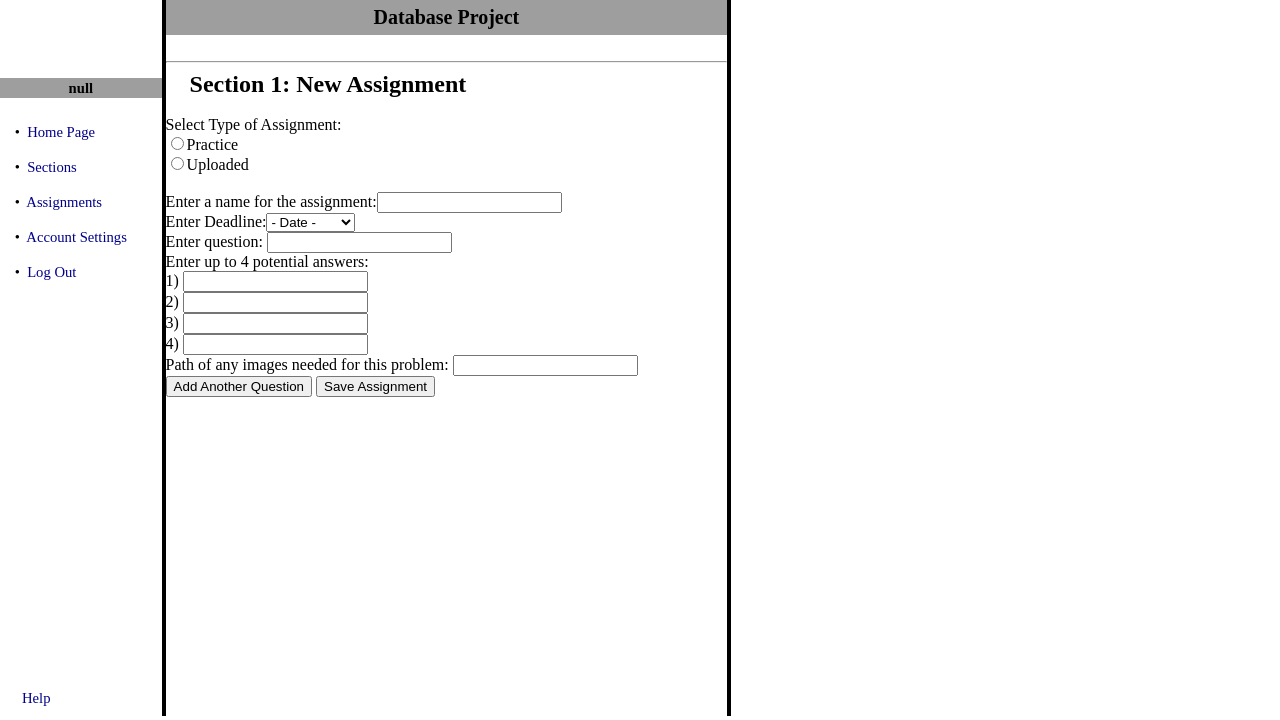
Repository: rimalp/dbproject
Page: http://localhost/AssignmentProject/new_assignment.jsp
The author's editor kept a copy of each file at every save. The page is drawn from the files as they stood at one save, then again after the next save.
The browser window is 1280 px wide. The pictures show the whole page.
Pictures or frames that could not be fetched are drawn as grey boxes. The page is served by Tomcat 9. Other server files are loaded and not shown.

Above is the page before, as saved 2012-11-29 16:05:54.

### jsp/AssignmentProject/WebContent/new_assignment.jsp

<!DOCTYPE HTML PUBLIC "-//W3C//DTD HTML 4.01 Transitional//EN">
<html>
<head>
<title>
Section 1
</title>
<style type="text/css">
<!--
.normalfont {font-size: 11pt; font-family: "Geneva, Arial, Helvetica, sans-serif";}
.bigfont {font-size: 14pt; font-family: "Geneva, Arial, Helvetica, sans-serif";}
.bigbigfont {font-size: 16pt; font-family: "Geneva, Arial, Helvetica, sans-serif";}
.darkbackgroundwithnormalfont {background-image: url(../gifs/brushed_metal_dkblue.jpg); font-size: 11pt; font-family: "Geneva, Arial, Helvetica, sans-serif"; color: black; }
.darkbackgroundwithhugefont {background-image: url(../gifs/brushed_metal_dkblue.jpg); font-size: 15pt; font-family: "Geneva, Arial, Helvetica, sans-serif"; color: black; }
.normalfontwithred {font-size: 11pt; font-family: "Geneva, Arial, Helvetica, sans-serif"; color: red;}
.centertable {text-align: center; vertical-align: middle;}
a {text-decoration: none;}
.headerfont {font-size: 18pt; font-family: "Geneva, Arial, Helvetica, sans-serif";}
button, button:focus, button:active {
    /* NOTE Remove all decorations */
    border: none;
    display: inline;
    margin: 0em;
    padding: 0em;
    outline: none;
    outline-offset: 0em;
    /* NOTE Look like a link */
    background: none;
    color: blue;
    cursor: pointer;
    font: inherit;
    text-decoration: none;
}
-->
</style>
</head>
<!-- bgcolor="aqua" -->
<body class="bodybackground" style="margin-top: 0; margin-left: 0; margin-bottom: 4px; margin-right: 4px">
<table border="0" cellpadding="0" cellspacing="0" width="875px" style="height: 100%">
<tr valign="top">
<td style="width: 190px;" class="marginbackground">




<%@ include file="professor_left_links.jsp" %>



</td>
<td style="width: 3px; background-color: black;">&nbsp;</td>
<td valign="top" class="lightbackgroundwithnormalfont" style="width: 686px;">
<CENTER><table border="0" cellspacing="0" cellpadding="0" width="100%" class="smallfont" style="color: black;">
<tr class="darkbackgroundwithhugefont" style="height: 35px">
<td colspan="3" valign="middle" align="center">
<b>
Database Project
</b>
</td>
</tr>
<tr style="height: 5px">
<td colspan="3">
&nbsp;
</td>
</tr>
</table></CENTER>
<hr/>

&nbsp;&nbsp;&nbsp;&nbsp;&nbsp;
<b class="headerfont">Section 1: New Assignment</b><br/><br/>

Select Type of Assignment:<br/>

<form>
<input type="radio" name="type" value="practice">Practice<br/>
<input type="radio" name="answer" value="uploaded">Uploaded<br/>
<br/>
Enter a name for the assignment:<input type="text"><br/>
Enter Deadline:<select name="DeadlineDate">
	<option> - Date - </option>
	<option value="11/25/2012">11/25/2012</option>
	<option value="11/26/2012">11/26/2012</option>
	<option value="11/27/2012">11/27/2012</option>
	<option value="11/28/2012">11/28/2012</option>
	<option value="11/29/2012">11/29/2012</option>
	<option value="11/30/2012">11/30/2012</option>
	<option value="12/01/2012">12/01/2012</option>
	<option value="12/02/2012">12/02/2012</option>
</select>
<br/>

Enter question: <input type="text"><br/>
Enter up to 4 potential answers:<br/>
1) <input type="text"><br/>
2) <input type="text"><br/>
3) <input type="text"><br/>
4) <input type="text"><br/>
Path of any images needed for this problem: <input type="text"><br/>

<input type="Submit" name="addQuestion" value="Add Another Question"> <input type="Submit" name="done" value="Save Assignment">


</form>

<table border="0" cellspacing="0" cellpadding="2" width="100%">
<tr style="height: 5px">
<td colspan="3">
&nbsp;
</td>
</tr>
</table>
</td>
<td style="width: 3px; background-color: black;">&nbsp;</td>
<td style="width: 190px" class="marginbackground">
&nbsp;
</td>
</tr>
</table>
</body>
</html>

Loaded but not shown: jsp/AssignmentProject/WebContent/professor_left_links.jsp (common file)

After the next save:
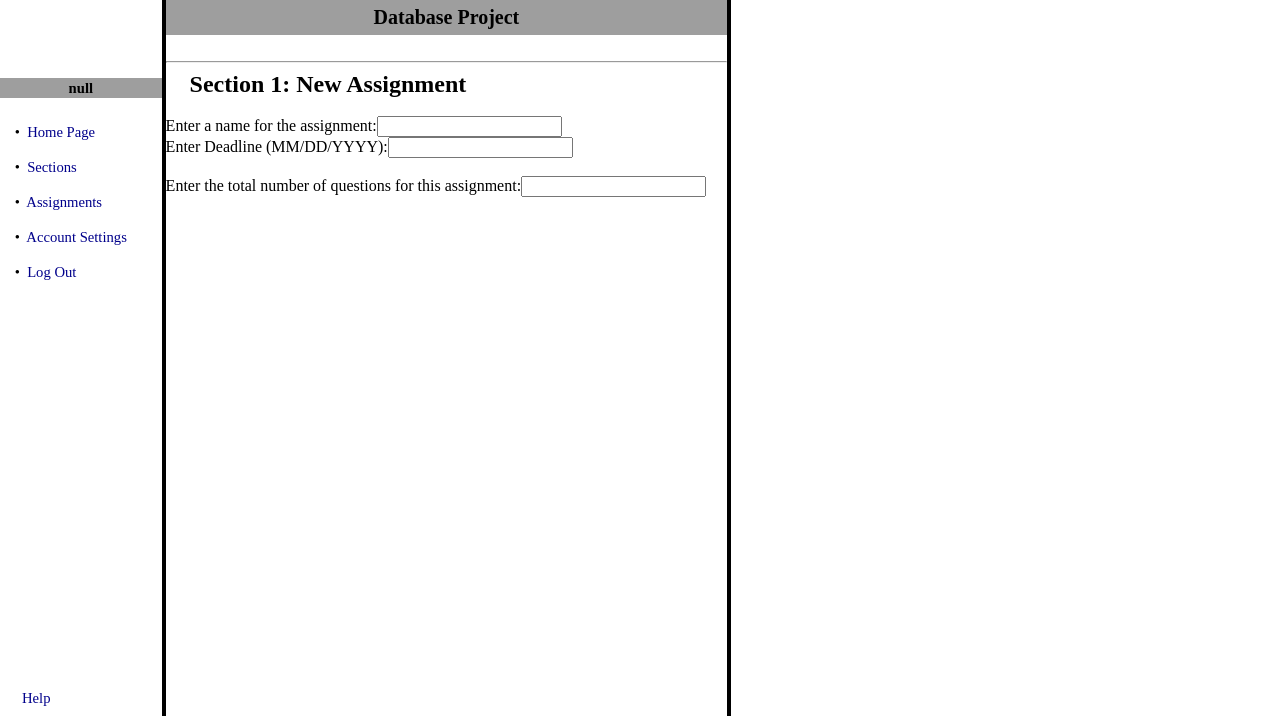
Saved 1 s later.
--- a/jsp/AssignmentProject/WebContent/new_assignment.jsp
+++ b/jsp/AssignmentProject/WebContent/new_assignment.jsp
@@ -66,29 +66,20 @@ Database Project
 </table></CENTER>
 <hr/>
 
+
+<!-- jsp here to get section name -->
+
+
 &nbsp;&nbsp;&nbsp;&nbsp;&nbsp;
 <b class="headerfont">Section 1: New Assignment</b><br/><br/>
 
-Select Type of Assignment:<br/>
+<form method="post" action="make_assignment_servlet?id=new">
+Enter a name for the assignment:<input type="text" name="name"><br/>
+Enter Deadline (MM/DD/YYYY):<input type="text" name="deadline"><br/>
+<br/>
+Enter the total number of questions for this assignment:<input type="text" name="numQuestions"><br/>
 
-<form>
-<input type="radio" name="type" value="practice">Practice<br/>
-<input type="radio" name="answer" value="uploaded">Uploaded<br/>
-<br/>
-Enter a name for the assignment:<input type="text"><br/>
-Enter Deadline:<select name="DeadlineDate">
-	<option> - Date - </option>
-	<option value="11/25/2012">11/25/2012</option>
-	<option value="11/26/2012">11/26/2012</option>
-	<option value="11/27/2012">11/27/2012</option>
-	<option value="11/28/2012">11/28/2012</option>
-	<option value="11/29/2012">11/29/2012</option>
-	<option value="11/30/2012">11/30/2012</option>
-	<option value="12/01/2012">12/01/2012</option>
-	<option value="12/02/2012">12/02/2012</option>
-</select>
-<br/>
-
+<!--
 Enter question: <input type="text"><br/>
 Enter up to 4 potential answers:<br/>
 1) <input type="text"><br/>
@@ -98,7 +89,7 @@ Enter up to 4 potential answers:<br/>
 Path of any images needed for this problem: <input type="text"><br/>
 
 <input type="Submit" name="addQuestion" value="Add Another Question"> <input type="Submit" name="done" value="Save Assignment">
-
+-->
 
 </form>
 
